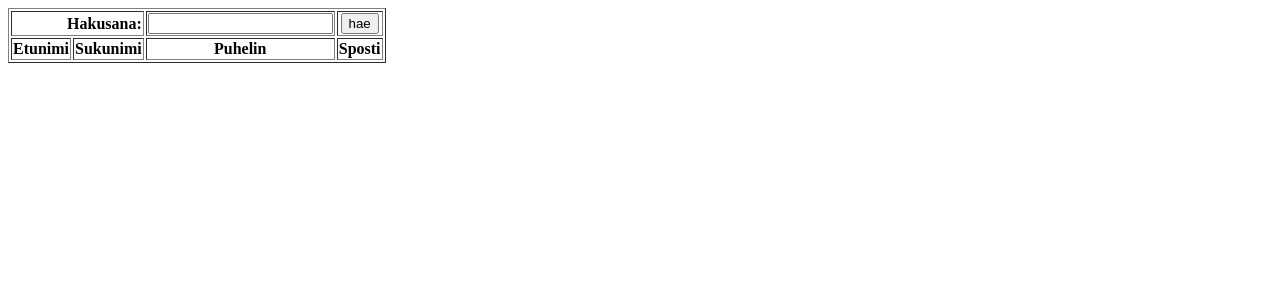
Repository: RVeridium/Asiakas-listaus
Page: http://localhost/Noutaja/listaaasiakkaat.jsp
These files come from the project's save history. The page is drawn as it stood at one moment and after the next save; the edit follows.
The browser window is 1280 px wide. The pictures show the whole page.
The page is served by Tomcat 9. Other server files are loaded and not shown.

Above is the page before, as saved 2020-11-14 13:47:28.
Console error: SyntaxError: Unexpected token '}'

### Noutaja/WebContent/listaaasiakkaat.jsp
<%@ page language="java" contentType="text/html; charset=ISO-8859-1"
    pageEncoding="ISO-8859-1"%>
<!DOCTYPE html>
<html>
<head>
<meta charset="ISO-8859-1">
<script src="https://ajax.googleapis.com/ajax/libs/jquery/3.4.1/jquery.min.js"></script>
<title>Liikaa asiakkaita</title>
<style>
.right{text-align: right;}



</style>
</head>
<body>
<table id="lista" border="1">
		<thead>
		<tr>
			<th class="right" colspan="2">Hakusana:</th>
			<th><input type="text" id="term"></th>
			<th><input type="button" value="hae" id="nappi"></th>
		</tr>
		<tr>
			<th>Etunimi</th>
			<th>Sukunimi</th>
			<th>Puhelin</th>
			<th>Sposti</th>
		</tr>
		</thead>
		<tbody>
		</tbody>
	</table>



<script>
	$(document).ready(function(){
		noudaAs();
		$("#nappi").click(function(){
			noudaAs();
		});
		$(document.body).on("keydown", function(event){
			  if(event.which==13){
				  noudaAs();
			  }
		});
		$("#term").focus();
		});



	});

	function noudaAs() {
		$("#lista tbody").empty();
		$.ajax({url:"asiakkaat"+$("#term").val(), type:"GET", dataType:"json", success:function(result) {
			$.each(result.asiakkaat, function(i, field) {
				var rowStr;
				rowStr+="<tr>";
				rowStr+="<td>"+field.etunimi+"</td>";
				rowStr+="<td>"+field.sukunimi+"</td>";
				rowStr+="<td>"+field.puhelin+"</td>";
				rowStr+="<td>"+field.sposti+"</td>";
				rowStr+="</tr>";
				$("#lista tbody").append(rowStr);
			});
		}});
	}

</script>

</body>
</html>

### Noutaja/src/control/Asiakkaat.java
package control;

import java.io.IOException;
import java.io.PrintWriter;
import java.util.ArrayList;
import javax.servlet.ServletException;
import javax.servlet.annotation.WebServlet;
import javax.servlet.http.HttpServlet;
import javax.servlet.http.HttpServletRequest;
import javax.servlet.http.HttpServletResponse;
import org.json.JSONObject;
import model.Asiakas;
import model.dao.Dao;


@WebServlet("/asiakkaat/*")
public class Asiakkaat extends HttpServlet {
	private static final long serialVersionUID = 1L;

    public Asiakkaat() {
        super();
        System.out.println("Asiakkaat.Asiakkaat()");
    }


	protected void doGet(HttpServletRequest request, HttpServletResponse response) throws ServletException, IOException {
		System.out.println("Asiakkaat.doGet()");
		Dao dao = new Dao();
		ArrayList<Asiakas> asLista=dao.listAll();
		System.out.println(asLista);
		String asJSON= new JSONObject().put("asiakkaat", asLista).toString();
		response.setContentType("application/json");
		PrintWriter out=response.getWriter();
		out.println(asJSON);
	}

	protected void doPost(HttpServletRequest request, HttpServletResponse response) throws ServletException, IOException {
		System.out.println("Asiakkaat.doPost()");
	}

	protected void doPut(HttpServletRequest request, HttpServletResponse response) throws ServletException, IOException {
		System.out.println("Asiakkaat.doPut()");
	}

	protected void doDelete(HttpServletRequest request, HttpServletResponse response) throws ServletException, IOException {
		System.out.println("Asiakkaat.doDelete()");
	}

}

### Noutaja/src/model/dao/Dao.java
package model.dao;

import java.sql.Connection;
import java.sql.DriverManager;
import java.sql.PreparedStatement;
import java.sql.ResultSet;
import java.util.ArrayList;

import model.Asiakas;

public class Dao {
	private Connection con=null;
	private ResultSet rsl = null;
	private PreparedStatement prep=null;
	private String sql;
	private String db ="Myynti.sqlite";

	private Connection yhdista(){
    	Connection con = null;
    	String path = System.getProperty("catalina.base");
    	path = path.substring(0, path.indexOf(".metadata")).replace("\\", "/"); //Eclipsessa
    	//path += "/webapps/"; //Tuotannossa. Laita tietokanta webapps-kansioon
    	String url = "jdbc:sqlite:"+path+db;
    	try {
    		Class.forName("org.sqlite.JDBC");
	        con = DriverManager.getConnection(url);
	        System.out.println("Connection open.");
	     }catch (Exception e){
	    	 System.out.println("Connection failed.");
	        e.printStackTrace();
	     }
	     return con;
	}

	public ArrayList<Asiakas> listAll() {
		ArrayList<Asiakas> asiakkaat = new ArrayList<Asiakas>();
		sql = "SELECT * FROM asiakkaat";
		try {
			con=yhdista();
			if (con!=null) {
				prep = con.prepareStatement(sql);
				rsl = prep.executeQuery();
				if (rsl!=null) {
					System.out.println();
					while (rsl.next()) {
						Asiakas nouto= new Asiakas();
						nouto.setAsiakas_id(rsl.getInt(1));
						nouto.setEtunimi(rsl.getString(2));
						nouto.setSukunimi(rsl.getString(3));
						nouto.setPuhelin(rsl.getString(4));
						nouto.setSposti(rsl.getString(5));
						asiakkaat.add(nouto);
					}
				}
				con.close();
			}
		} catch (Exception e) {
			e.printStackTrace();
		}
		return asiakkaat;
	}


}

After the next save:
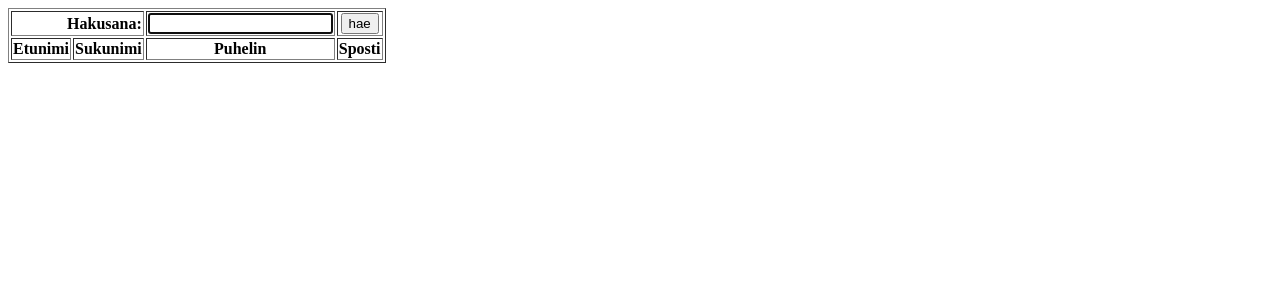
The error is gone.
Saved 2 min 53 s later.
--- a/Noutaja/WebContent/listaaasiakkaat.jsp
+++ b/Noutaja/WebContent/listaaasiakkaat.jsp
@@ -46,10 +46,6 @@
 			  }
 		});
 		$("#term").focus();
-		});
-
-
-
 	});
 
 	function noudaAs() {
